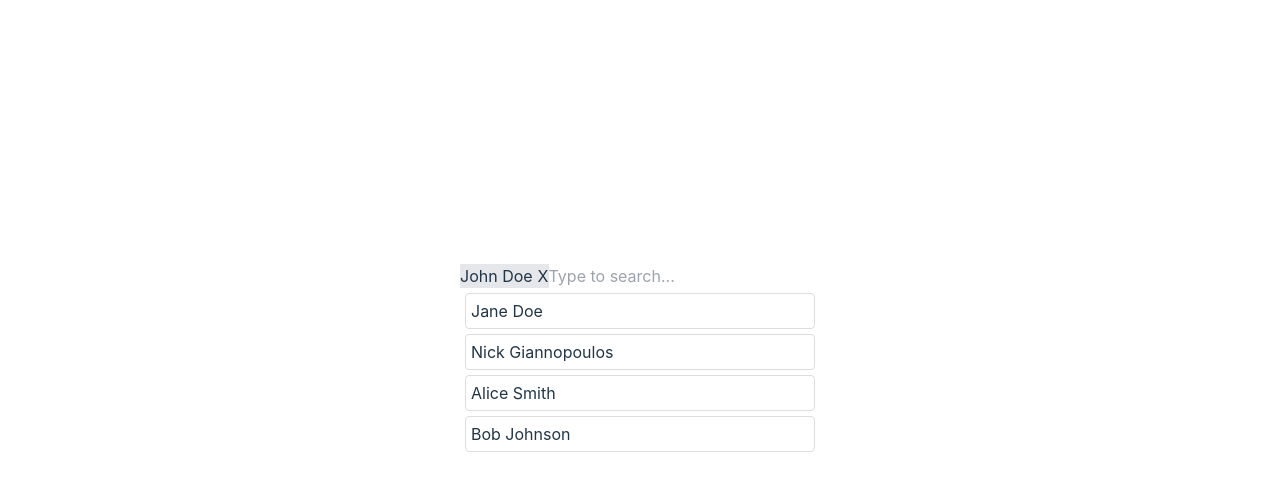
Repository: Ayansaxena24/Chip
Page: /, after clicking the first element matching `li`
These files come from the project's save history. The page is drawn as it stood at one moment and after the next save; the edit follows.
The browser window is 1280 px wide. The pictures show the whole page.
Some web libraries are served in a nearby version. The project was rebuilt for these pictures with package versions that can differ from the ones it lists, and the page was loaded fresh each time. Also part of the build but not shown: vite.config.ts.

Above is the page before, as saved 2024-01-16 03:06:10.

After the next save:
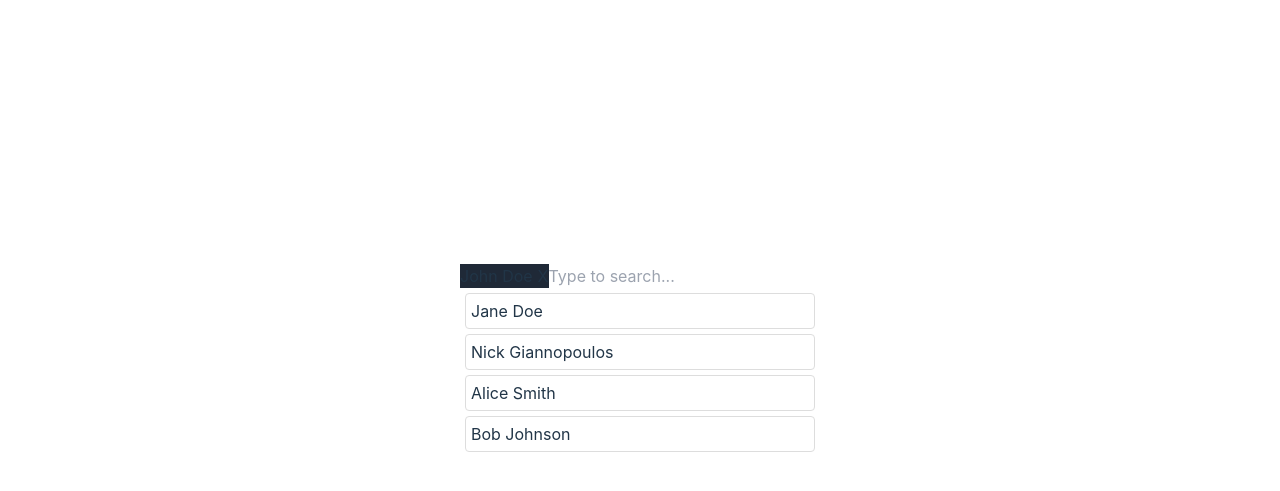
Saved 8 s later.
--- a/src/ChipInput.tsx
+++ b/src/ChipInput.tsx
@@ -78,7 +78,7 @@ const ChipInput: React.FC = () => {
           {chips.map((chip) => (
             <div
               key={chip.id}
-              className="bg-gray-200"
+              className="bg-gray-800"
               onClick={() => handleChipRemove(chip.id)}
             >
               {chip.label}
